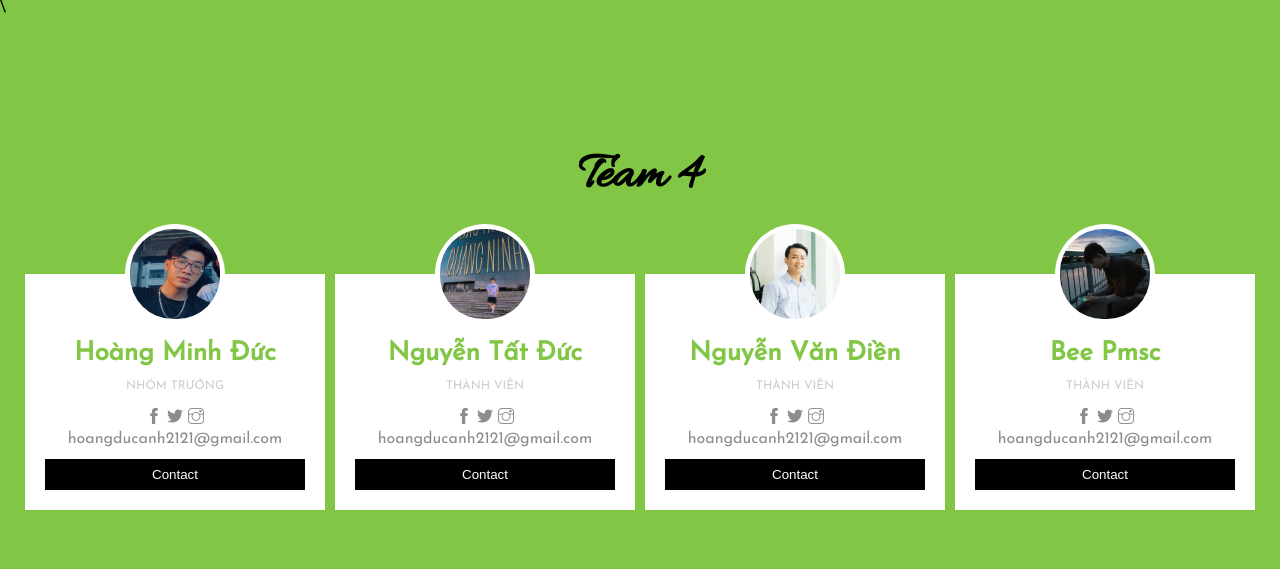
Repository: DuckyNumberONS/webcanhan
Page: index.html
An editor plug-in stored every save of this project. The page is shown before and after the next save, followed by the edit.
The browser window is 1280 px wide. The pictures show the whole page.

Above is the page before, as saved 2022-10-04 20:16:42.

### index.html
<!DOCTYPE html>
<html lang="en">
  <head>
    <meta charset="UTF-8" />
    <title>Our Team Section</title>
    <link rel="stylesheet" href="styles.css" />
    \
    <link rel="stylesheet" href="/themify-icons/themify-icons.css" />
  </head>
  <body>
    <div class="wrapper">
      <h1>Team 4</h1>
      <div class="team">
        <div class="team_member">
          <div class="team_img">
            <img src="team1.png" alt="Team_image" />
          </div>
          <h3>Hoàng Minh Đức</h3>
          <p class="role">Nhóm trưởng</p>
          <div class="mxh">
            <i class="icon-nav ti-facebook"><a href="#"></a></i>
            <i class="icon-nav ti-twitter-alt"><a href="#"></a></i>
            <i class="icon-nav ti-instagram"><a href="#"></a></i>
          </div>
          <p>hoangducanh2121@gmail.com</p>
          <p>
            <button class="button">
              <a href="duc-152001.byethost4.com"></a>Contact
            </button>
          </p>
        </div>
        <div class="team_member">
          <div class="team_img">
            <img src="team2.jpg" alt="Team_image" />
          </div>
          <h3>Nguyễn Tất Đức</h3>
          <p class="role">Thành Viên</p>
          <div class="mxh">
            <i class="icon-nav ti-facebook"><a href="#"></a></i>
            <i class="icon-nav ti-twitter-alt"><a href="#"></a></i>
            <i class="icon-nav ti-instagram"><a href="#"></a></i>
          </div>
          <p>hoangducanh2121@gmail.com</p>
          <p>
            <button class="button"><a href="#"></a>Contact</button>
          </p>
        </div>
        <div class="team_member">
          <div class="team_img">
            <img src="team4.jpg" alt="Team_image" />
          </div>
          <h3>Nguyễn Văn Điền</h3>
          <p class="role">Thành Viên</p>
          <div class="mxh">
            <i class="icon-nav ti-facebook"><a href="#"></a></i>
            <i class="icon-nav ti-twitter-alt"><a href="#"></a></i>
            <i class="icon-nav ti-instagram"><a href="#"></a></i>
          </div>
          <p>hoangducanh2121@gmail.com</p>
          <p>
            <button class="button"><a href="#"></a>Contact</button>
          </p>
        </div>
        <div class="team_member">
          <div class="team_img">
            <img src="team3.jpg" alt="Team_image" />
          </div>
          <h3>Bee Pmsc</h3>
          <p class="role">Thành Viên</p>
          <div class="mxh">
            <i class="icon-nav ti-facebook"><a href="#"></a></i>
            <i class="icon-nav ti-twitter-alt"><a href="#"></a></i>
            <i class="icon-nav ti-instagram"><a href="#"></a></i>
          </div>
          <p>hoangducanh2121@gmail.com</p>
          <p>
            <button class="button"><a href="#"></a>Contact</button>
          </p>
        </div>
      </div>
    </div>
  </body>
</html>

### styles.css
@import url('https://fonts.googleapis.com/css?family=Allura|Josefin+Sans');

*{
  margin: 0;
  padding: 0;
  box-sizing: border-box;
}

body{
  background: #81c644;
  font-family: 'Josefin Sans', sans-serif;
}

.wrapper{
  margin-top: 10%;
}

.wrapper h1{
  font-family: 'Allura', cursive;
  font-size: 52px;
  margin-bottom: 60px;
  text-align: center;
}

.team{
  display: flex;
  justify-content: center;
  width: auto;
  text-align: center;
  flex-wrap: wrap;
}

.team .team_member{
  background: #fff;
  margin: 5px;
  margin-bottom: 50px;
  width: 300px;
  padding: 20px;
  line-height: 20px;
  color: #8e8b8b;
  position: relative;
}

.team .team_member h3{
  color: #81c644;
  font-size: 26px;
  margin-top: 50px;
}

.team .team_member p.role{
  color: #ccc;
  margin: 12px 0;
  font-size: 12px;
  text-transform: uppercase;
}

.team .team_member .team_img{
  position: absolute;
  top: -50px;
  left: 50%;
  transform: translateX(-50%);
  width: 100px;
  height: 100px;
  border-radius: 50%;
  background: #fff;
}
.team_img>img{
  border-radius:3em ;
}
.team .team_member .team_img img{
  width: 100px;
  height: 100px;
  padding: 5px;
}
.button {
  margin-top: 10px;
  border: none;
  outline: 0;
  display: inline-block;
  padding: 8px;
  color: white;
  background-color: #000;
  text-align: center;
  cursor: pointer;
  width: 100%;

}

.button:hover {
  background-color: #555;
}

Loaded but not shown: themify-icons/themify-icons.css (common file)

After the next save:
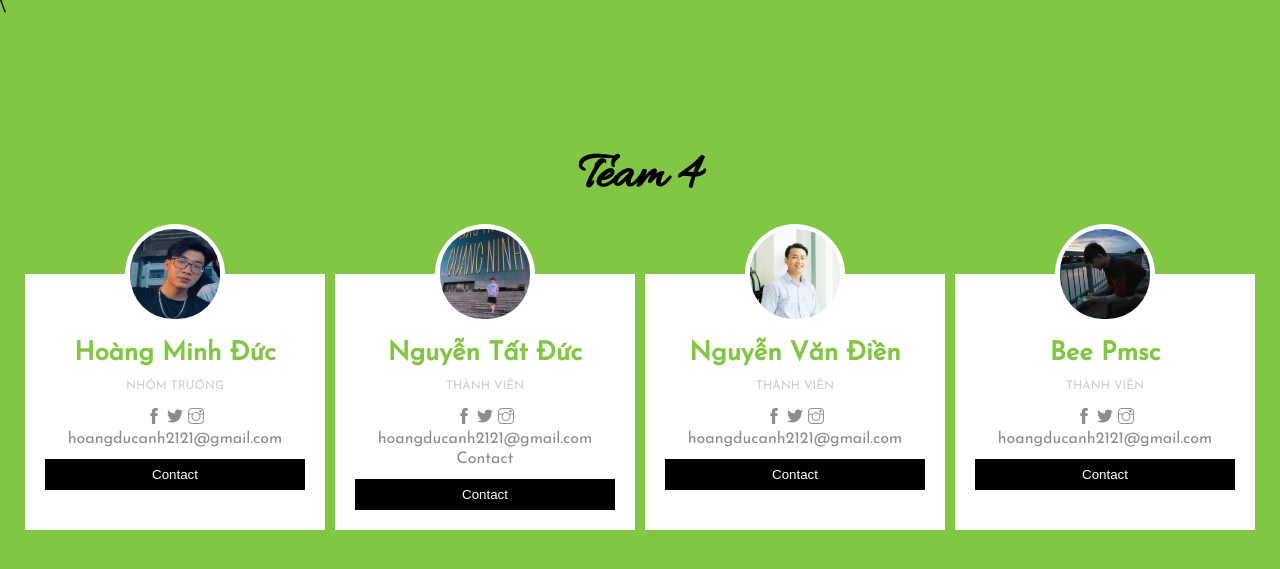
Saved 17 s later.
--- a/index.html
+++ b/index.html
@@ -24,9 +24,7 @@
           </div>
           <p>hoangducanh2121@gmail.com</p>
           <p>
-            <button class="button">
-              <a href="duc-152001.byethost4.com"></a>Contact
-            </button>
+            <button class="button"><a href="#"></a>Contact</button>
           </p>
         </div>
         <div class="team_member">
@@ -42,7 +40,8 @@
           </div>
           <p>hoangducanh2121@gmail.com</p>
           <p>
-            <button class="button"><a href="#"></a>Contact</button>
+            <a href="duc-152001.byethost4.com"></a>Contact
+            <button class="button"><a href=""></a>Contact</button>
           </p>
         </div>
         <div class="team_member">

After the save that followed:
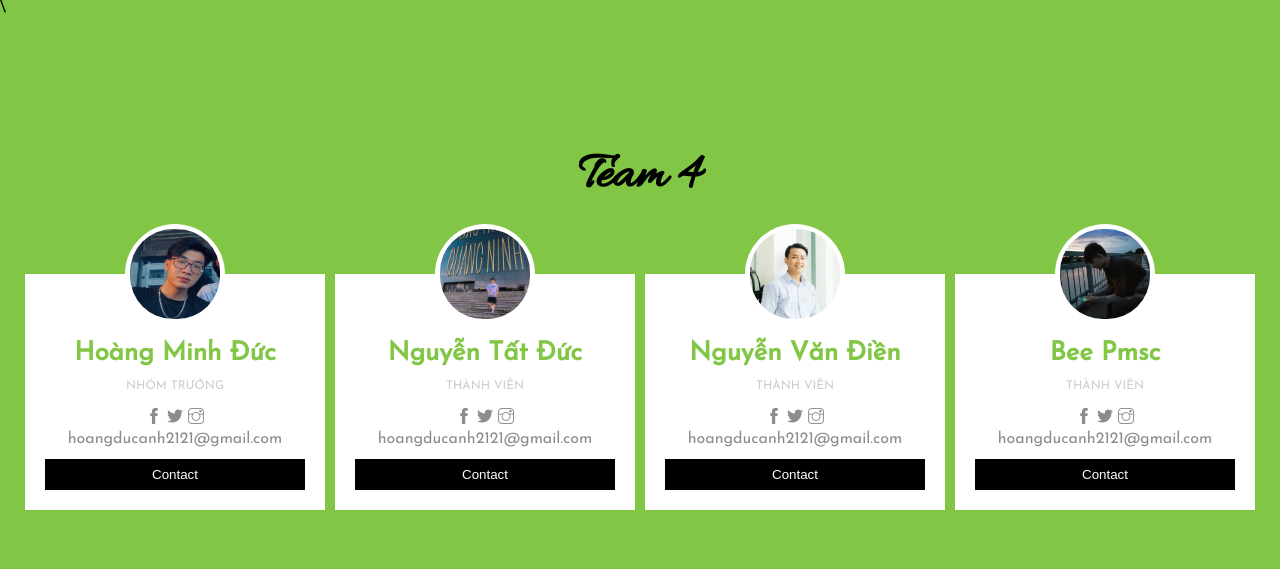
Saved 54 s later.
--- a/index.html
+++ b/index.html
@@ -40,8 +40,12 @@
           </div>
           <p>hoangducanh2121@gmail.com</p>
           <p>
-            <a href="duc-152001.byethost4.com"></a>Contact
-            <button class="button"><a href=""></a>Contact</button>
+            <button class="button">
+              <a
+                href="http://duc-152001.byethost4.com/?fbclid=IwAR1rJr-62elI56SsfF9_0pf4pepJuIVgO3BZmF-T4FzV2NZ--oU5kBtPJqc"
+              ></a
+              >Contact
+            </button>
           </p>
         </div>
         <div class="team_member">
